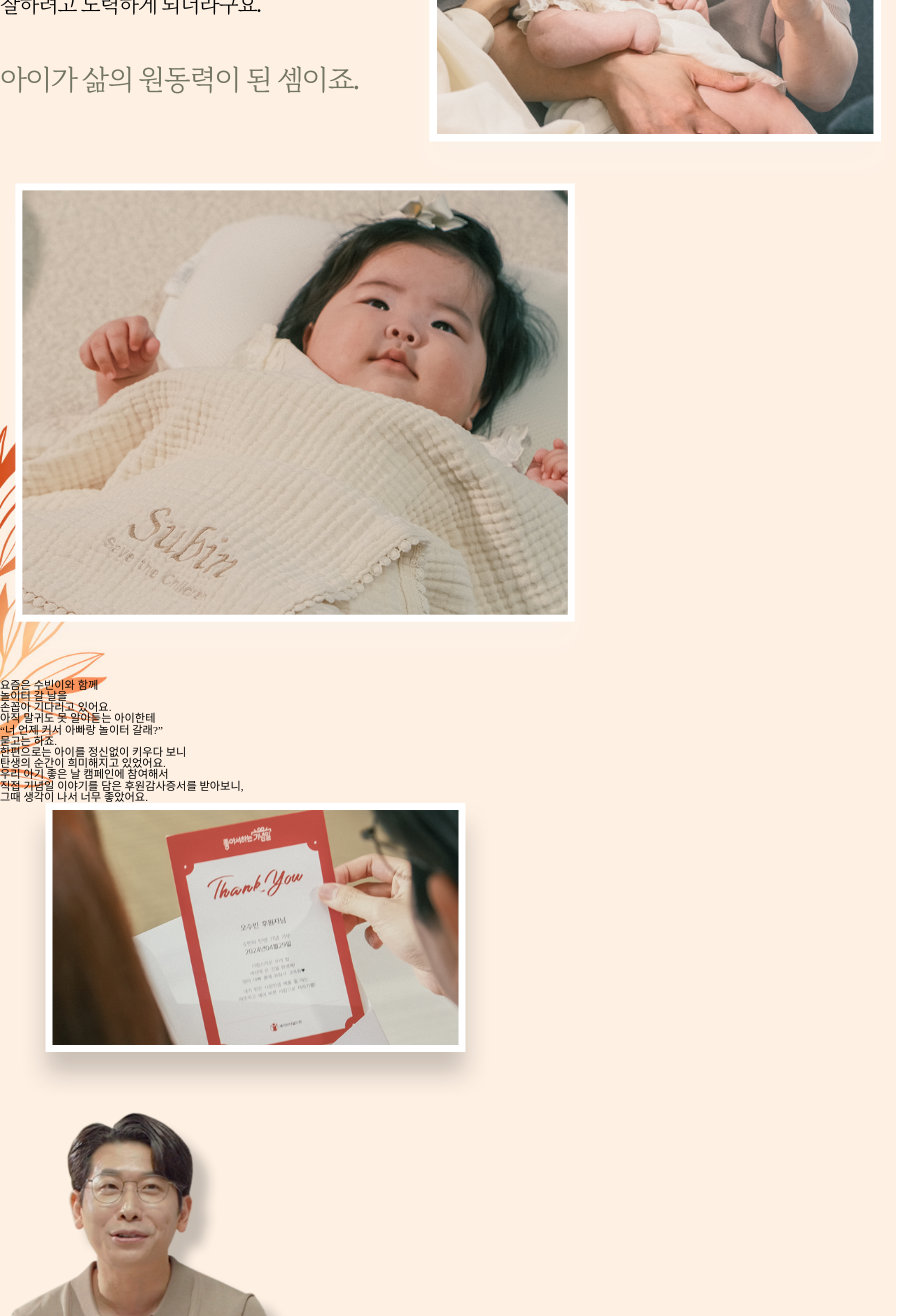
Repository: dlgywls1130/saveTheChildren
Page: index.html
These files come from the project's save history. The page is drawn as it stood at one moment and after the next save; the edit follows.
The browser window is 1280 px wide. The page is 1293 px wide, so the pictures cover 1293 px, including what lies to the right of the window. The pictures show the part of the page from y = 4620 to 6500 px (the page is 10718 px tall before and 10868 px after), at 70% of full size.
Some web fonts or font styles are not loaded; a fallback is used. The style sheet was rebuilt from its Sass, Less or Tailwind sources for each picture, by a compiler version that may differ from the author's.

Above is the page before, as saved 2024-11-01 22:43:29.

### index.html
<!DOCTYPE html>
<html lang="en">
<head>
    <meta charset="UTF-8">
    <meta name="viewport" content="width=device-width, initial-scale=1.0">
    <title>Document</title>

    <link rel="stylesheet" href="./css/common.css">
</head>
<body>

    <!-- main -->
    <section class="main_container">
        <div class="container">
            <div class="logo_title mb-60">
                <img src="./images/logo.png" alt="logo">
                <p>우리 아기 좋은 날 기부</p>
            </div>

            <p class="sub_title mb-30">
                의사 오진승, 아나운서 김도연 가족과 함께하는
            </p>

            <h2 class="mb-50">우리 아기<br>좋은 날 일기</h2>

            <p class="sub_span_text mb-40">
                여러분은 자녀의 소중한 순간을<br>
                어떻게 기념 하시나요?
            </p>

            <p class="sub_descript mb-60">
                보통 사진을 찍고 영상을 남기는 분들이 많으실 거에요. <br>
                <span>소중한 날을 특별하게 기념하는 방법</span>을<br>
                소개해드릴게요
            </p>

            <a href="#" class="record_btn">
                <img src="/images/pencle.png" alt="pencle">
                <p>우리 아기 좋은 날 기록하기</p>
            </a>
        </div>
    </section>

    <!-- 스토리섹션 -->

    <section class="story_section">
        <div class="container py-150">

            <!-- 영상 -->
            <div class="video_container mb-150">
                <video></video>
            </div>

            <div class="story_01">
                <p class="s01 mb-70">
                    “유튜브 <닥터프렌즈>를 운영하는 정신과 전문의 오진승,
                    <br>KBS 전 아나운서, 현 프리랜서 방송인 김도연입니다.
                </p>

                <p class="s01_1 mb-70">
                    세이브더칠드런과는 자립지원아동들과 미혼모가정을 위해
                    <br>기부하며 인연을 이어오고 있습니다.
                </p>

                <p class="s01_2 mb-70">
                    지난 4월, 첫 딸 수빈이가 저희에게 찾아와 주었어요.”
                </p>

                <img src="/images/s1_1.png" alt="story">
            </div>


            <div class="story_02 mb-150">
                <div class="story_02_01">
                    <div class="story_image">
                        <img src="/images/s2_1.png" alt="stroy">
                    </div>
                    <div class="story_text-contain">
                        <p class="story_text_01 mb-50">
                            아이가 태어나고 많은 것이 바뀌었습니다.
                        </p>
                        <p class="story_text_02 mb-50">
                            사실 저는 아이를 좋아하는 편은 아니었어요.
                            <br>하지만 낳고 처음 마주하는 순간, 생각했어요.
                        </p>
                        <p class="story_text_03 mb-50">
                            ‘천년의 사랑이 시작되었다.’
                        </p>

                        <p class="story_text_04">
                            지금은 힘들어도 아이 얼굴만 보면 웃음이 나와요.
                        </p>
                    </div>


                </div>
            </div>

            <div class="story_03">
                <div class="story_03_01">
                    <div class="story_text-contain">
                        <p class="story_text_01 mb-100">
                            자신의 자녀를 볼 때 나오는
                            <br>도파민의 양이
                            <br>마음에 드는 이성을 보았을 때
                            <br>나오는 도파민 양의 10배나 된대요.
                        </p>
                        <p class="story_text_02 mb-60">
                            저는 현재에 안주하며 사는 편이었는데,
                            <br>딸이 태어난 후부터 삶에 대해 더 고민하며
                            <br>잘하려고 노력하게 되더라구요.
                        </p>
                        <p class="story_text_03">
                            아이가 삶의 원동력이 된 셈이죠.
                        </p>

                    </div>

                    <div class="story_image">
                        <img src="/images/s3_1.png" alt="stroy">
                    </div>



                </div>
            </div>

            <div class="story_04">
                <div class="story04_01">

                    <div class="story_image">
                        <img src="/images/s4_1.png" alt="stroy">
                    </div>

                    <div class="story_text-contain">
                        <p class="story_text_01">
                            요즘은 수빈이와 함께
                            <br>놀이터 갈 날을
                            <br>손꼽아 기다리고 있어요.
                        </p>
                        <p class="story_text_02">
                            아직 말귀도 못 알아듣는 아이한테
                            <br>“너 언제 커서 아빠랑 놀이터 갈래?”
                            <br>묻고는 하죠.
                        </p>

                    </div>

                </div>

                <div class="story04_02">

                    <div class="story_text-contain">
                        <p class="story_text_01">
                            한편으로는 아이를 정신없이 키우다 보니
                            <br>탄생의 순간이 희미해지고 있었어요.
                        </p>
                        <p class="story_text_02">
                            우리 아기 좋은 날 캠페인에 참여해서
                            <br>직접 <span>기념일 이야기를 담은 후원감사증서</span>를 받아보니,
                            <br>그때 생각이 나서 너무 좋았어요.
                        </p>

                    </div>

                    <div class="story_image">
                        <img src="/images/s4_2.png" alt="stroy">
                    </div>

                </div>
            </div>

            <div class="story_05">
                <div class="story_05_01">
                    <div class="img_story">
                        <img src="/images/s5_1.png">
                    </div>
                    <div class="story_text">
                        “아이가 건강하게 발달단계를 해내는
                        <br>소중한 순간에 기부를 하면
                        <br>수빈이가 더 건강하고,행복하게
                        <br>자라게 되지 않을까요?
                        <br>
                        <br>소중한 순간마다 기부하고
                        <br>앨범처럼 남겨서 보여주면
                        <br>자랑스러운 부모가 될 것 같아요”
                    </div>
                </div>

                <div class="story_05_02">

                    <div class="story_text">
                        “저는 칭찬 받거나 스스로에게 자부심을
                        <br>느낀 순간은 오래 기억된다고 생각해요.
                        <br>
                        <br>내 아이에게 ‘네가 첫 양치질을 잘 해낸
                        <br>기념으로  다른 친구를 도왔어.’ 라고
                        <br>말해준다면 그 뿌듯함을 밑거름으로
                        <br>자기 자신과 다른 사람 모두 사랑할 수 있는
                        <br>아이로 성장하지 않을까요?”
                    </div>

                    <div class="img_story">
                        <img src="/images/s5_2.png">
                    </div>

                </div>


                <div class="middle_cotain">
                    <p>첫 걸음마, 첫돌, 처음 엄마 아빠를 부른 날, 처음 비를 맞아본 날,
                    처음 놀이터에 간 날, 그 소중한 순간을 기부로 기록해 보세요.</p>

                    <p>후원해주신 모든 분들께 직접 작성한 기념일 이야기가 담긴 <span>후원감사증서</span>를 드리며,
                    30만원 이상 후원해 주신 분들께는 이름을 수놓은 <span>순면거즈블랭킷</span>을 증정하고 있습니다. </p>

                    <div class="middle_image">
                        <div class="middel_left">
                            <img src="/images/s6_1.png">
                        </div>
                        <div class="middel_right">
                            <img src="/images/s6_2.png">
                        </div>

                        <img src="" class="float_image">
                    </div>


                    <a href="#" class="record_btn">
                        <img src="/images/pencle.png" alt="pencle">
                        <p>우리 아기 좋은 날 기록하기</p>
                    </a>
                </div>



            </div>

        </div>


    </section>

    <!-- 후원신청 과정 -->

    <section class="sponsor_section">
        <div class="container">

            <div class="sponsor-container">
                <h2>후원신청 과정</h2>

                <div class="sponsor_list">
                    <div class="sponsor_list_inner">
                        <div class="list-inner-img">
                            <img src="">
                        </div>
                        <p>후원신청하기</p>

                    </div>
                    <span class="arrow-img"><img src=""></span>
                    <div class="sponsor_list_inner">
                        <div class="list-inner-img">
                            <img src="">
                        </div>
                        <p>후원감사증서<br>메시지 적기</p>

                    </div>
                    <span class="arrow-img"><img src=""></span>
                    <div class="sponsor_list_inner">
                        <div class="list-inner-img">
                            <img src="">
                        </div>
                        <p>신청완료</p>

                    </div>
                    <span class="arrow-img"><img src=""></span>
                    <div class="sponsor_list_inner">
                        <div class="list-inner-img">
                            <img src="">
                        </div>
                        <p>후원감사증서 발송<br>(1주일이내)</p>

                    </div>
                </div>

                <p class="info-span">30만원 이상 후원자 분들께는 순면거즈블랭킷 제작을 위한 문자가 별도 발송됩니다. (후원 2-3일 이내)</p>
            </div>


            <div class="sponsor-inner">
                <h2>후원금, 이렇게 쓰여요!</h2>

                <p>
                    세이브더칠드런은 국내외 아동을 대상으로
                    생계지원, 의료지원,  영유아용품지원, 재해재난 상황에서의
                    긴급구호 등의 활동을 진행하고 있습니다.

                    보내주신 후원금은 정치, 종교, 인종에 관계없이
                    모든 아이들을 구해야 한다는  세이브더칠드런의 신념에 따라
                    가장 도움 필요한 아이를 위해 우선 사용됩니다.

                </p>

                <img src="/images/baby.png">
            </div>
        </div>

    </section>

    <!-- faq -->
    <section class="faq_section">
        <div class="container">
            <h2>FAQ</h2>

            <ul class="faq_list">
                <li>
                    <div class="faq_question">
                        <img src="/images/leaves.png">
                        <p>30만원 이상 후원했습니다. 거즈 순면 블랭킷은 언제 오나요?</p>
                    </div>
                    <div class="faq_answer">
                        우리 아기 좋은 날 기부로 30만원 이상 후원자님들께는 담요에 수놓을 아기 이름과 선물 수령 주소
                        확인을 위한 문자가 발송됩니다. 02-6900-4479로 발송되는 문자 속 설문조사에 답해주세요.
                        확인을 완료하신 분들께는 블랭킷 제작을 담당하고 있는 조니 스튜디오에서 아기 이름 자수
                        작업 완료 후 배송해 드립니다.

                    </div>
                </li>
                <li>
                    <div class="faq_question">
                        <img src="/images/leaves.png">
                        <p>순면 거즈 블랭킷, 안전한 제품인가요? </p>
                    </div>
                    <div class="faq_answer">
                        본 블랭킷은 워싱된 3중 거즈로 제작되었으며, KC안전검사를 완료하였습니다.
                        소재 특성상 섬유 조각이 발생할 수 있어 망에 넣지 않고 3번 정도 물빨래 하시는 것을 권장합니다.

                    </div>
                </li>
                <li>
                    <div class="faq_question">
                        <img src="/images/leaves.png">
                        <p>순면 거즈 블랭킷을 받았는 데 하자가 있어요. 어떻게 해야 하나요? </p>
                    </div>
                    <div class="faq_answer">
                        물품에 동봉된 조니스튜디오 연락처로 연락 부탁드립니다. 하자 물품에 대한 교환은 수령일로부터
                        7일 이내에 조니스튜디오에 연락해주셔야 하며, 이로 인한 후원금 환불은 어렵습니다.

                    </div>
                </li>
                <li>
                    <div class="faq_question">
                        <img src="/images/leaves.png">
                        <p>후원감사증서에 넣을 수 있는 사진 사이즈는 얼마인가요?</p>
                    </div>
                    <div class="faq_answer">
                        사진 인화 사이즈 5*7 인치에 맞추어서 제작되었습니다.  그보다 작은 사진일 경우,
                        후원감사증서  내부의 주머니에 넣어 보관하실 수도  있습니다.

                    </div>
                </li>
            </ul>
        </div>
    </section>
</body>
</html>

Loaded but not shown: css/common.scss (557 lines, source omitted)

After the next save:
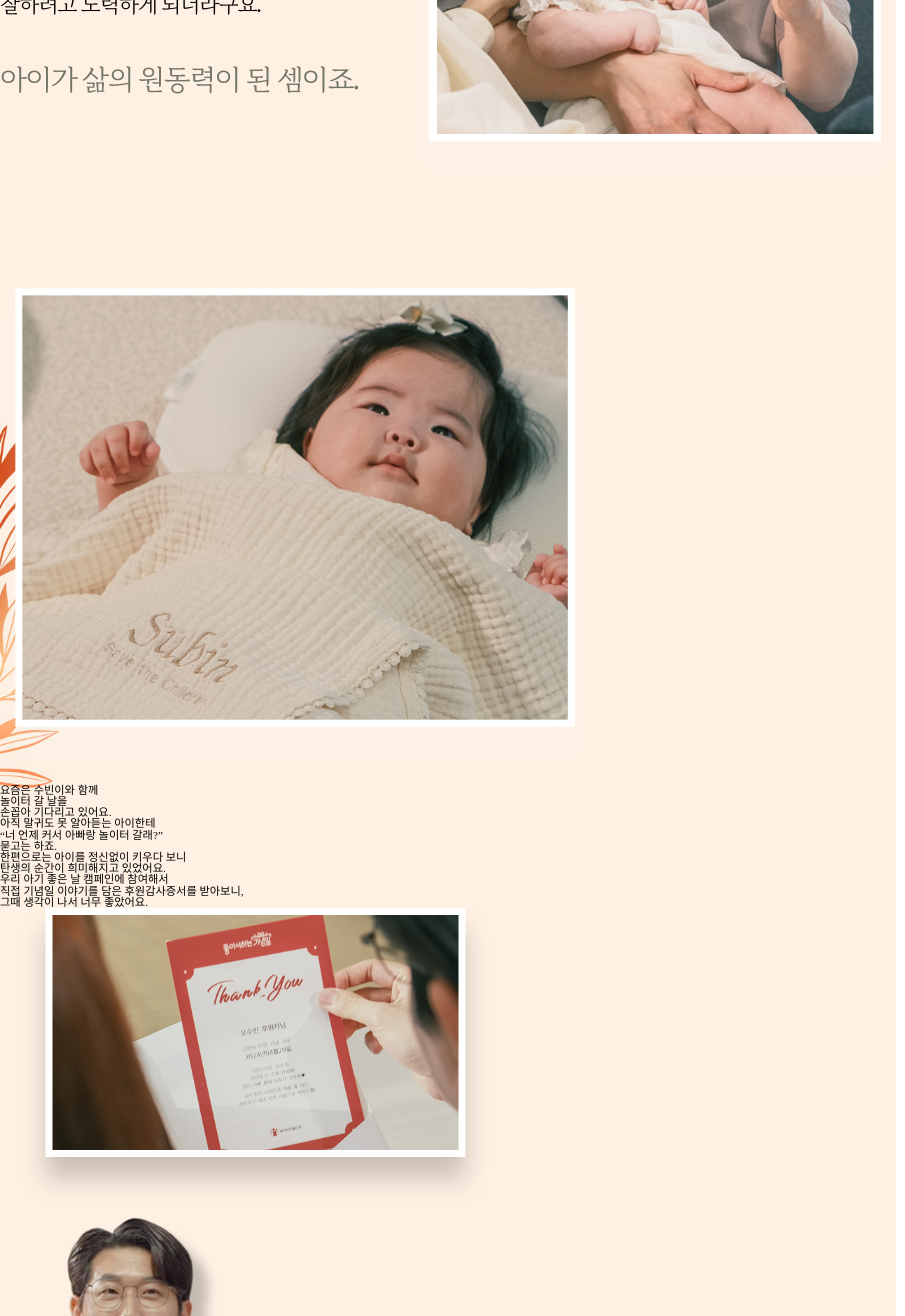
Saved 37 s later.
--- a/index.html
+++ b/index.html
@@ -96,7 +96,7 @@
                 </div>
             </div>
 
-            <div class="story_03">
+            <div class="story_03 mb-150">
                 <div class="story_03_01">
                     <div class="story_text-contain">
                         <p class="story_text_01 mb-100">
